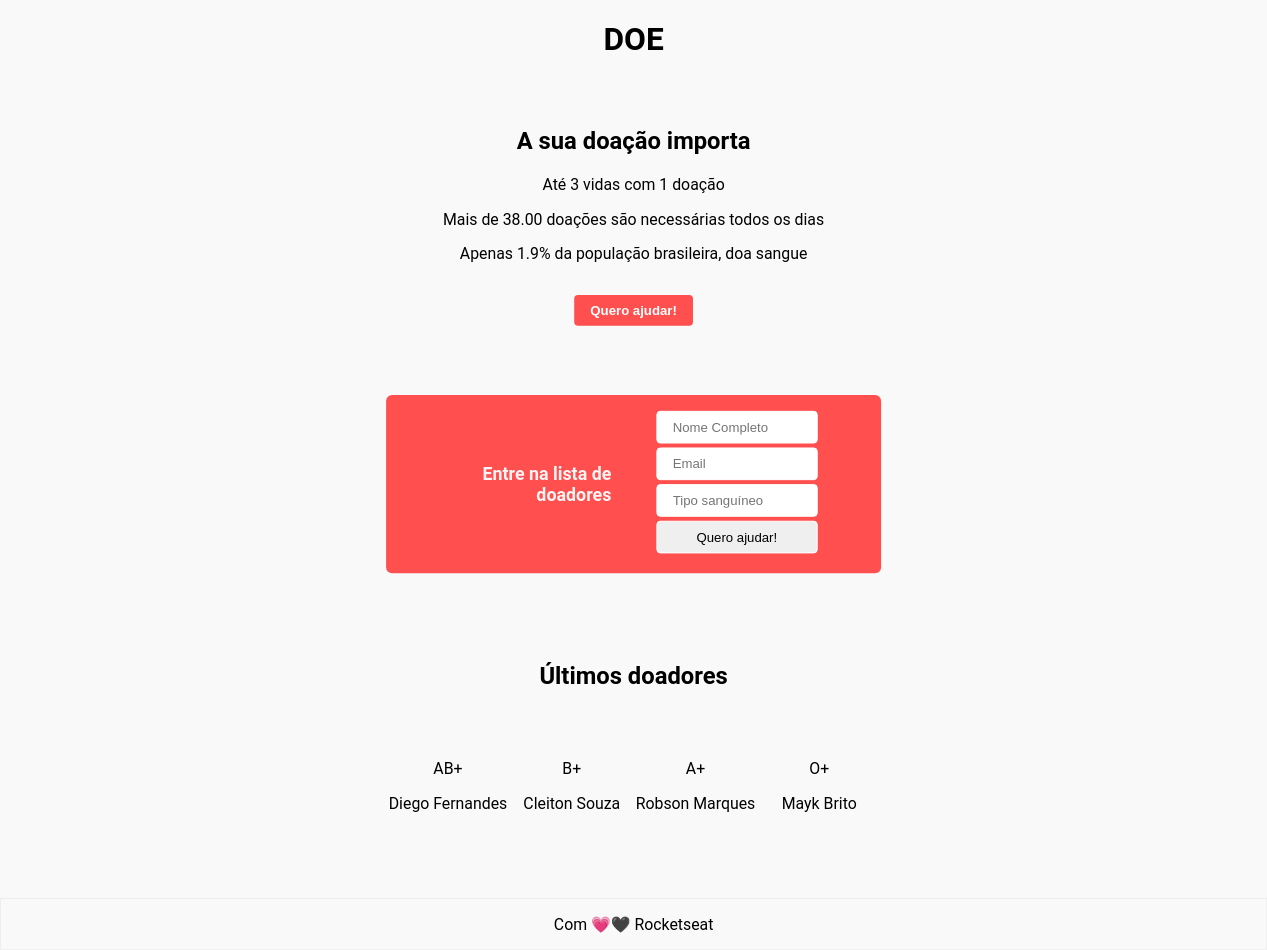
Repository: lucas-silva-dev/Doe
Page: index.html
The author's editor kept a copy of each file at every save. The page is drawn from the files as they stood at one save, then again after the next save.
The browser window is 1280 px wide. The pictures show the whole page, at 99% of full size.
Some web fonts or font styles are not loaded; a fallback is used.

Above is the page before, as saved 2020-02-18 16:33:22.

After the next save:
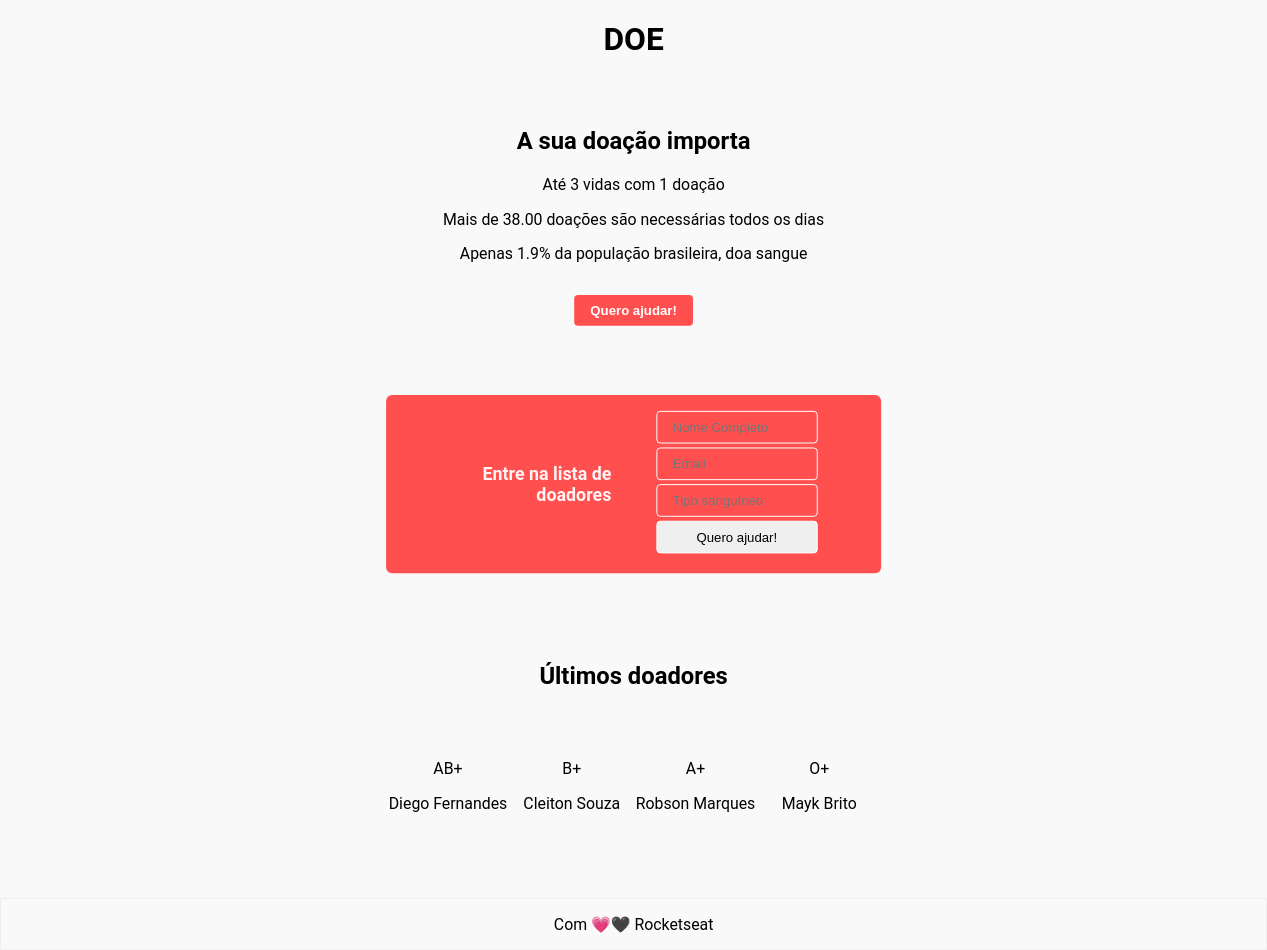
Saved 40 s later.
--- a/style.css
+++ b/style.css
@@ -95,6 +95,10 @@ form button {
   border: 1px white solid;
 }
 
+form input {
+  background-color: transparent;
+}
+
 /* MAIN */
 main .donors {
   display: grid;
